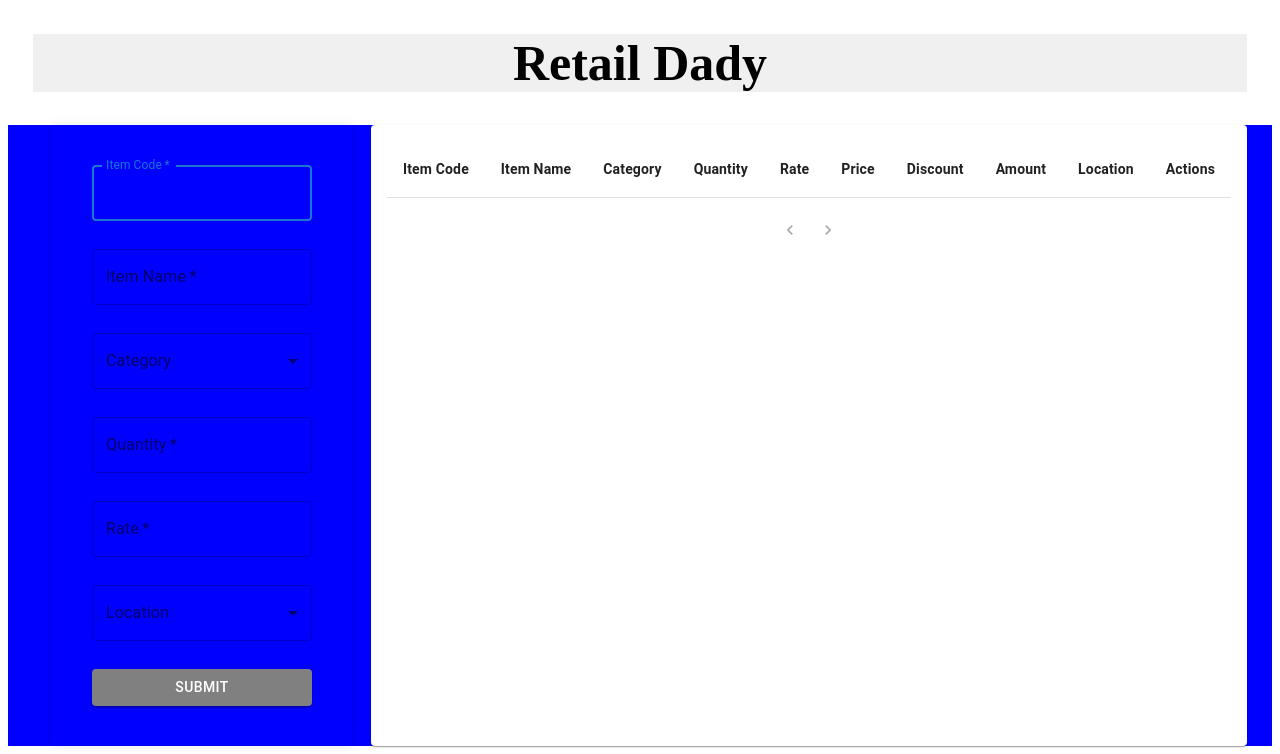
Repository: SharonSebastian32/retail-dady-frontend-app
Page: /
The author's editor kept a copy of each file at every save. The page is drawn from the files as they stood at one save, then again after a run of saves.
The browser window is 1280 px wide. The pictures show the whole page.
The page's requests for data from a server got no answer. The project was rebuilt for these pictures with package versions that can differ from the ones it lists, and the page was loaded fresh each time. No one was signed in, and anything a server would have sent is missing. Also part of the build but not shown: vite.config.js, src/components/Childrens/FormDialogue.jsx, src/components/Childrens/ViewDetails.jsx, src/App.css.

Above is the page before, as saved 2024-12-07 21:39:31.

After the next 4 saves:
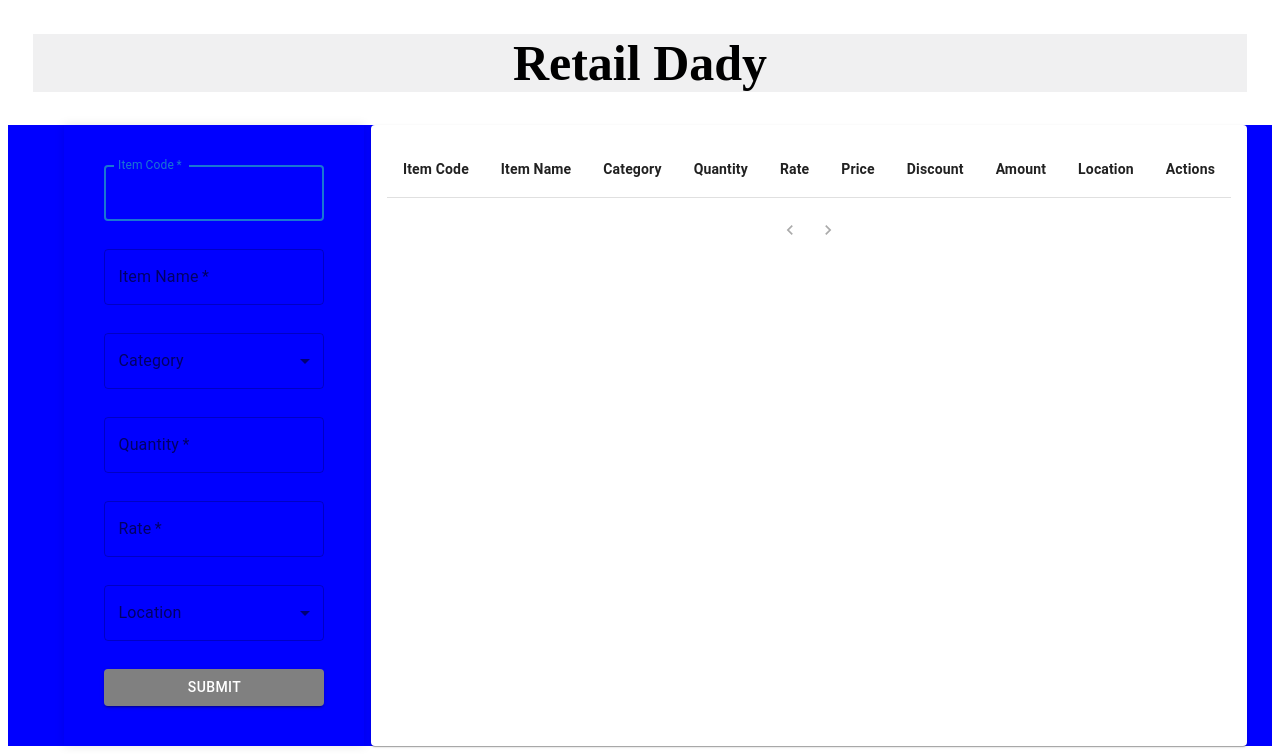
The 4 saves are shown as one change because they came seconds apart.
The last was saved 11 s later.
--- a/src/App.jsx
+++ b/src/App.jsx
@@ -33,7 +33,9 @@ function App() {
           justifyContent: "space-between",
           backgroundColor: "blue",
         }}
-      > <div style={{paddingL: "0px 25px"}}></div>
+      >
+        {" "}
+        <div style={{ paddingRight: "25px" }}></div>
         <InvoiceForm onFormSubmit={triggerRefresh} />
         <Tables refresh={refresh} />
       </div>
